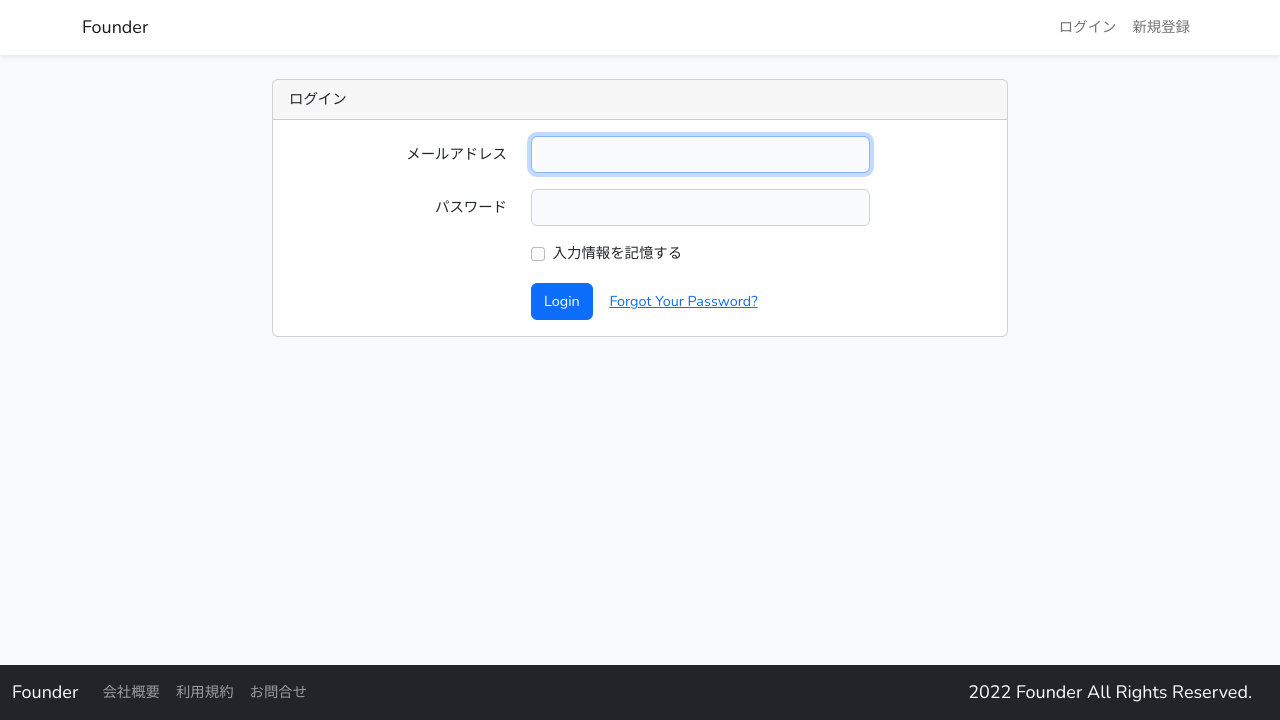
Repository: kazuro-yasuda/Founder_01
Page: http://localhost/login
The author's editor kept a record of every edit. The page is drawn from the files as they stood at one moment, then again after the next edit.
The browser window is 1280 px wide. The pictures show the whole page.
The page is served by the project's Laravel application, run on PHP 8.4 with Laravel 9.

Above is the page before.
Console error: TypeError: Cannot set properties of null (setting 'onclick')

After the next edit:
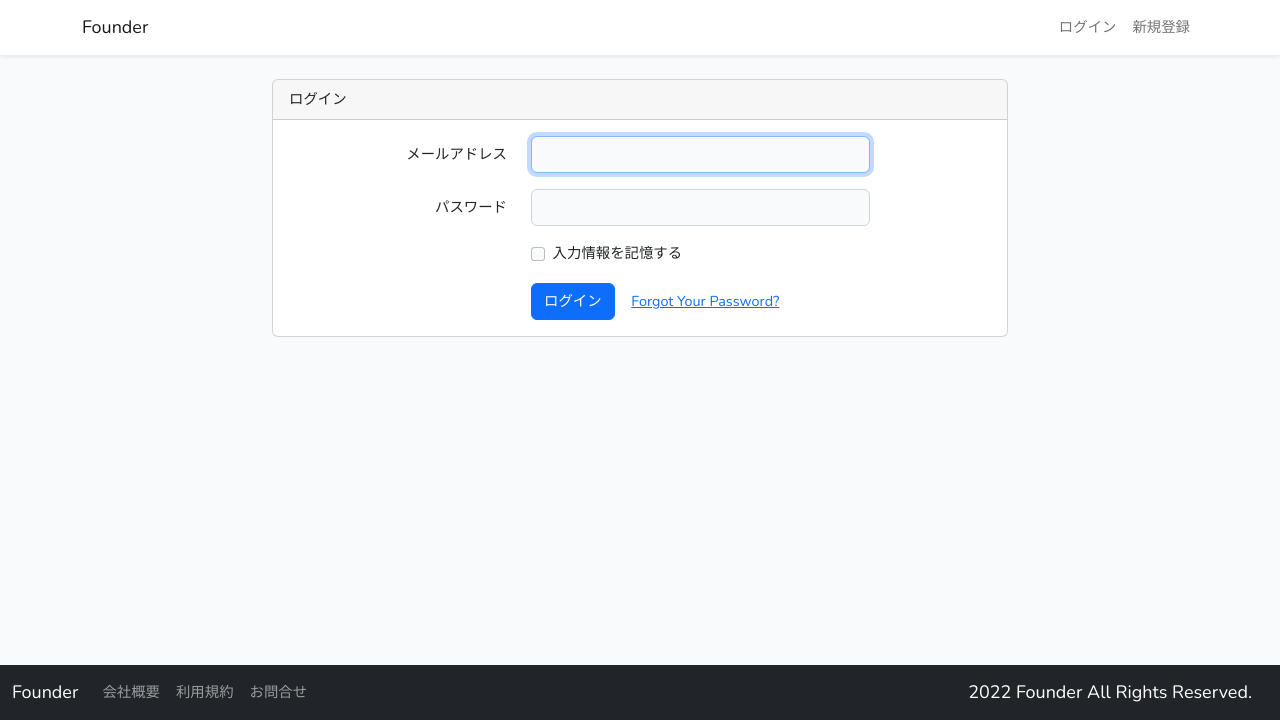
The edit:
--- a/cms/resources/views/auth/login.blade.php
+++ b/cms/resources/views/auth/login.blade.php
@@ -54,7 +54,7 @@
                         <div class="row mb-0">
                             <div class="col-md-8 offset-md-4">
                                 <button type="submit" class="btn btn-primary">
-                                    {{ __('Login') }}
+                                    {{ __('ログイン') }}
                                 </button>
 
                                 @if (Route::has('password.request'))
